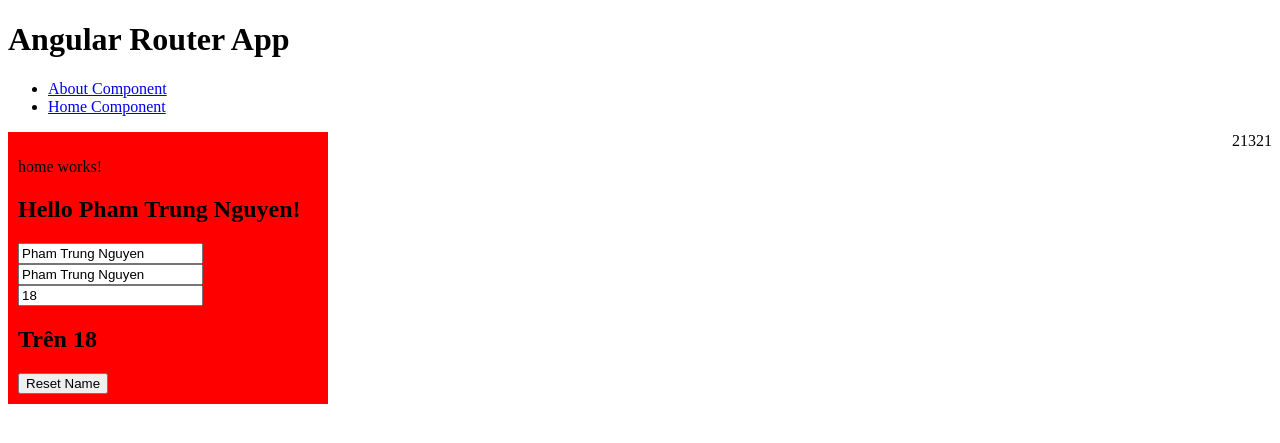
Repository: PhamTrungNguyen/Angular12
Page: / (app in Angular/)
An editor plug-in stored every save of this project. The page is shown before and after the next save, followed by the edit.
The browser window is 1280 px wide. The pictures show the whole page.
The project was rebuilt for these pictures with package versions that can differ from the ones it lists, and the page was loaded fresh each time. Also part of the build but not shown: Angular/angular.json, Angular/src/app/about/about.component.ts, Angular/src/app/page-not-found/page-not-found.component.ts.

Above is the page before, as saved 2023-01-03 19:04:25.

After the next save:
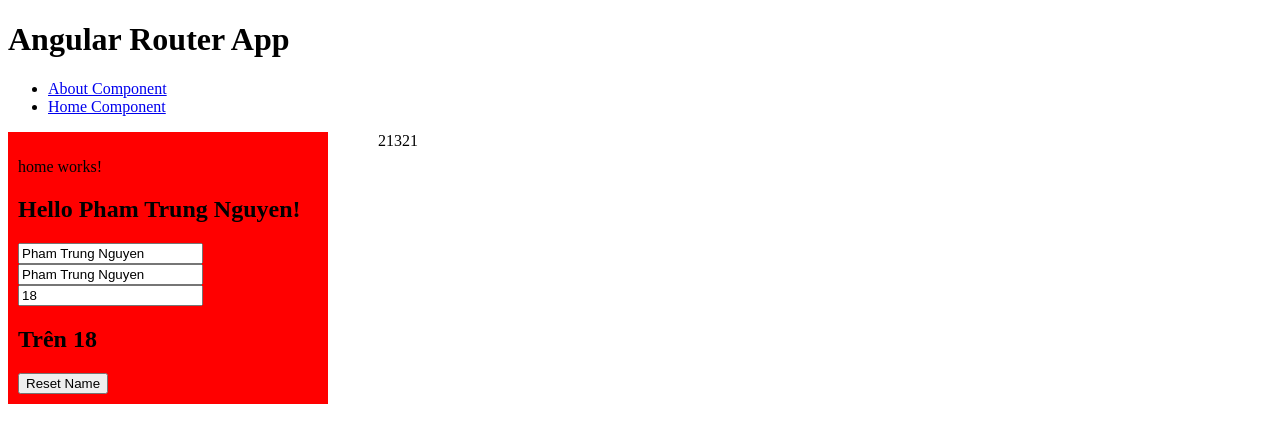
Saved 51 s later.
--- a/Angular/src/app/home/home.component.scss
+++ b/Angular/src/app/home/home.component.scss
@@ -5,5 +5,5 @@
 }
 .packet {
   display: flex;
-  justify-content: space-between;
+  gap: 0 50px;
 }
